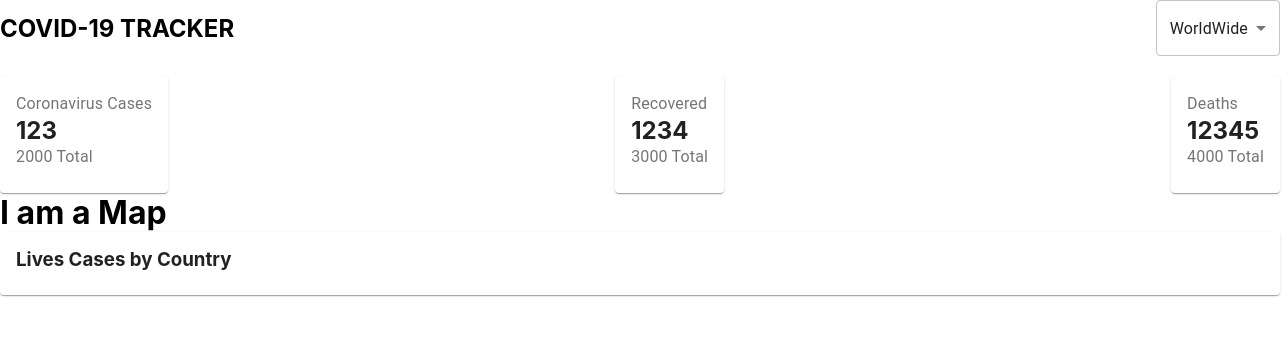
Repository: exiled-kal/2OnProcess
Page: /
These files come from the project's save history. The page is drawn as it stood at one moment and after the next save; the edit follows.
The browser window is 1280 px wide. The page is 1288 px wide, so the pictures cover 1288 px, including what lies to the right of the window. The pictures show the whole page.
The page's requests for data from a server got no answer. The project was rebuilt for these pictures with package versions that can differ from the ones it lists, and the page was loaded fresh each time. No one was signed in, and anything a server would have sent is missing.

Above is the page before, as saved 2020-08-17 16:03:44.

### src/index.css


body {
  margin: 0;
  font-family: -apple-system, BlinkMacSystemFont, 'Segoe UI', 'Roboto', 'Oxygen',
    'Ubuntu', 'Cantarell', 'Fira Sans', 'Droid Sans', 'Helvetica Neue',
    sans-serif;
  -webkit-font-smoothing: antialiased;
  -moz-osx-font-smoothing: grayscale;
}

code {
  font-family: source-code-pro, Menlo, Monaco, Consolas, 'Courier New',
    monospace;
}

### src/App.js
import React, {useState, useEffect} from 'react';
import './App.css';
import {
  FormControl,
  Select,
  MenuItem,
  Card,
  CardContent,
} from '@material-ui/core';
import InfoBox from './InfoBox';
import Map from './Map';

function App() {
  const [countries, setCountries] = useState([]);
  const [country, setCountry] = useState('worldwide');

  // https://disease.sh/v3/covid-19/countries

  useEffect(() => {
    const getCountriesData = async () => {
      await fetch('https://disease.sh/v3/covid-19/countries')
        .then((response) => response.json())
        .then((data) => {
          const countries = data.map((country) => ({
            name: country.country, //United States, United Kingdom
            value: country.countryInfo.iso2, // UK, USA
          }));
          setCountries(countries);
        });
    };
    getCountriesData();
  }, []);

  const onCountryChange = async (e) => {
    const countryCode = e.target.value;

    setCountry(countryCode);
  };

  return (
    <div className="app">
      <div className="app__left">
        <div className="app__header">
          <h2>COVID-19 TRACKER</h2>
          <FormControl className="app__dropdown">
            <Select
              variant="outlined"
              onChange={onCountryChange}
              value={country}
            >
              <MenuItem value="worldwide">WorldWide</MenuItem>
              {countries.map((country) => (
                <MenuItem value={country.value}>{country.name}</MenuItem>
              ))}
            </Select>
          </FormControl>
        </div>

        <div className="app__stats">
          <InfoBox title="Coronavirus Cases" cases={123} total={2000} />

          <InfoBox title="Recovered" cases={1234} total={3000} />

          <InfoBox title="Deaths" cases={12345} total={4000} />
        </div>
        <Map />
      </div>
      <Card className="app__right">
        <CardContent>
          <h3>Lives Cases by Country</h3>

          <h3></h3>
        </CardContent>
      </Card>
    </div>
  );
}

export default App;

### src/App.css
* {
  margin: 0;
}

.body {
  background-color: #f5f6fa;
}

.app__header {
  display: flex;
  align-items: center;
  margin-bottom: 20px;
  justify-content: space-between;

}

.app__stats {
  display: flex;
  justify-content: space-between;
}

### src/InfoBox.js
import React from 'react';
import {Card, CardContent, Typography} from '@material-ui/core';

function InfoBox({title, cases, total}) {
  return (
    <Card className="infoBox">
      <CardContent>
        {/* Title ie. Coronavirus cases */}
        <Typography className="infoBox__title" color="textSecondary">
          {title}
        </Typography>

        {/* +120k Number of cases */}
        <h2 className="infoBox__cases">{cases}</h2>

        {/* 1.2M Total */}
        <Typography className="infoBox__total" color="textSecondary">
          {total} Total
        </Typography>
      </CardContent>
    </Card>
  );
}

export default InfoBox;

### src/Map.js
import React from 'react';

function Map() {
  return (
    <div className="map">
      <h1>I am a Map</h1>
    </div>
  );
}

export default Map;

Loaded but not shown: public/index.html (common file); src/index.js (common file); src/serviceWorker.js (common file)

After the next save:
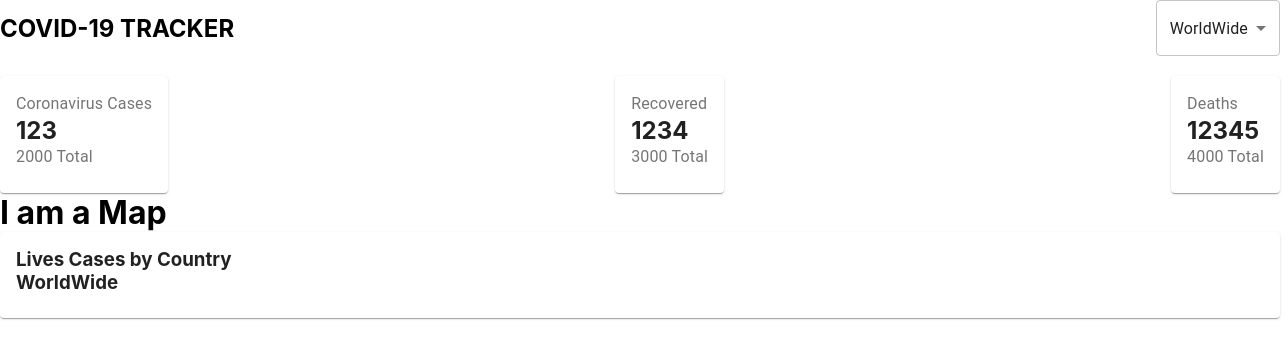
Saved 5 s later.
--- a/src/App.js
+++ b/src/App.js
@@ -69,7 +69,7 @@ function App() {
         <CardContent>
           <h3>Lives Cases by Country</h3>
 
-          <h3></h3>
+          <h3>WorldWide </h3>
         </CardContent>
       </Card>
     </div>
